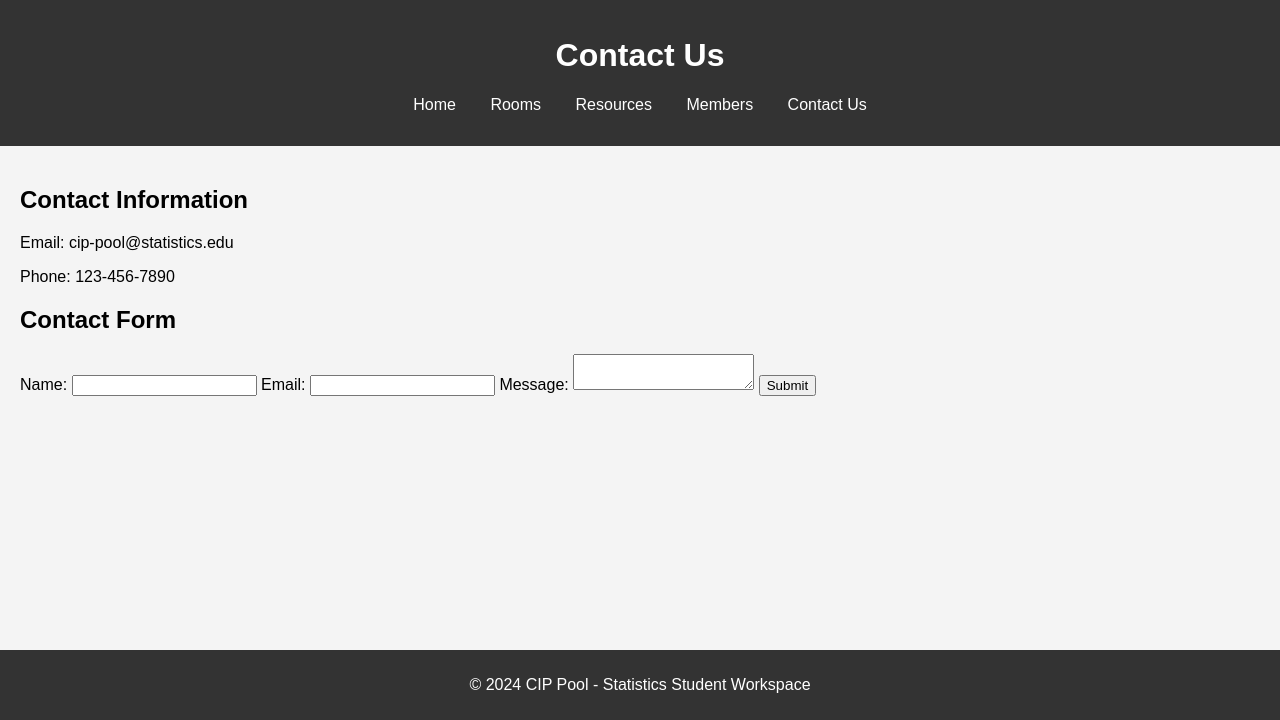
Repository: anjalisarawgi/cip_website
Page: contact.html
These files come from the project's save history. The page is drawn as it stood at one moment and after the next save; the edit follows.
The browser window is 1280 px wide. The pictures show the whole page.

Above is the page before, as saved 2024-06-14 12:16:57.

After the next save:
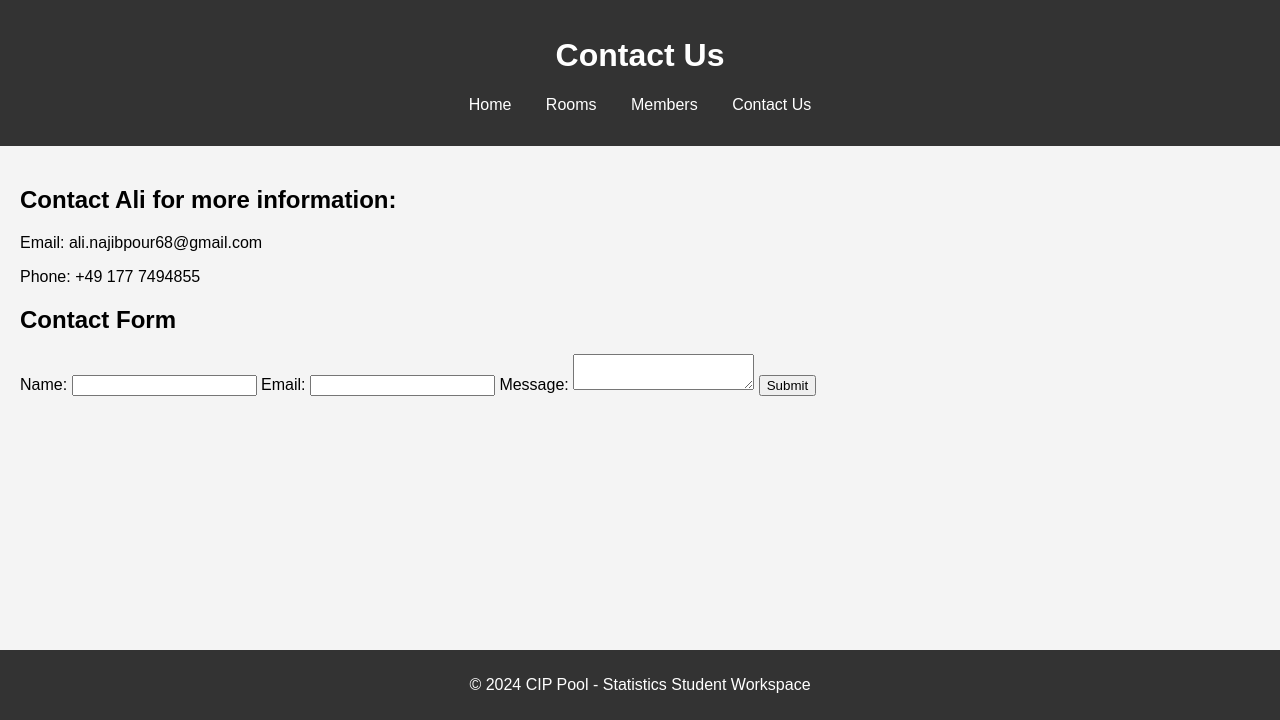
Saved 93 s later.
--- a/contact.html
+++ b/contact.html
@@ -13,7 +13,6 @@
             <ul>
                 <li><a href="index.html">Home</a></li>
                 <li><a href="rooms.html">Rooms</a></li>
-                <li><a href="resources.html">Resources</a></li>
                 <li><a href="members.html">Members</a></li>
                 <li><a href="contact.html">Contact Us</a></li>
             </ul>
@@ -21,9 +20,9 @@
     </header>
     <main>
         <section>
-            <h2>Contact Information</h2>
-            <p>Email: cip-pool@statistics.edu</p>
-            <p>Phone: 123-456-7890</p>
+            <h2>Contact Ali for more information:</h2>
+            <p>Email: ali.najibpour68@gmail.com</p>
+            <p>Phone: +49 177 7494855</p>
         </section>
         <section>
             <h2>Contact Form</h2>
